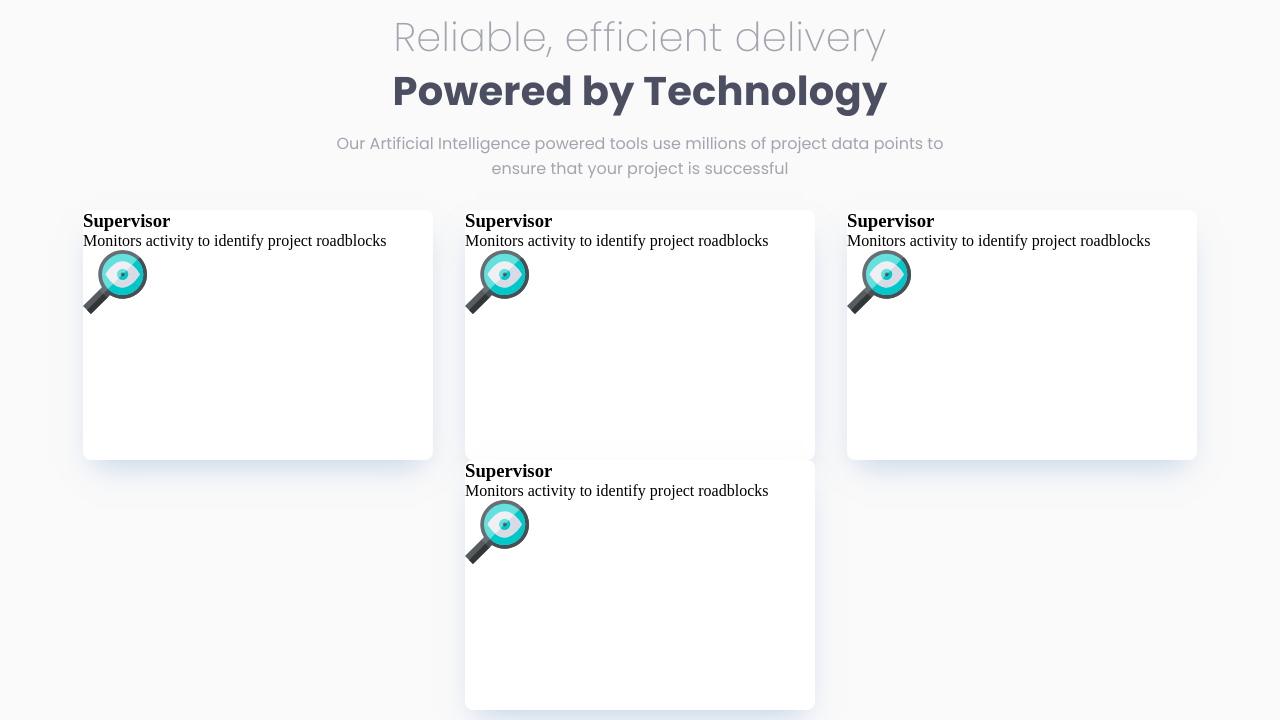
Repository: brandontaylor1/four-card-feature
Page: index.html
An editor plug-in stored every save of this project. The page is shown before and after the next save, followed by the edit.
The browser window is 1280 px wide. The pictures show the whole page.

Above is the page before, as saved 2025-01-09 22:58:48.

### index.html
<!DOCTYPE html>
<html lang="en">
<head>
    <meta charset="UTF-8">
    <meta name="viewport" content="width=device-width, initial-scale=1.0">
    <link rel="preconnect" href="https://fonts.googleapis.com">
    <link rel="preconnect" href="https://fonts.gstatic.com" crossorigin>
    <link href="https://fonts.googleapis.com/css2?family=Poppins:ital,wght@0,100;0,200;0,300;0,400;0,500;0,600;0,700;0,800;0,900;1,100;1,200;1,300;1,400;1,500;1,600;1,700;1,800;1,900&display=swap" rel="stylesheet">
    <link rel="stylesheet" href="styles.css">
    <title>Four Card Feature</title>
</head>
<body>
    <main class="container">
        <section class="page-content">
            <h1>Reliable, efficient delivery</h1>
            <h2>Powered by Technology</h2>
            <p>Our Artificial Intelligence powered tools use millions of project data points to ensure that your project is successful</p>
        </section>
        <section class="column-container">
            <div class="card-column">
                <div class="card">
                    <h3>Supervisor</h3>
                    <p>Monitors activity to identify project roadblocks</p>
                    <img src="./assets/images/icon-supervisor.svg" alt="Supervisor Icon">
                </div>
            </div>

            <div class="card-column">
                <div class="card">
                    <h3>Supervisor</h3>
                    <p>Monitors activity to identify project roadblocks</p>
                    <img src="./assets/images/icon-supervisor.svg" alt="Supervisor Icon">
                </div>
                <div class="card">
                    <h3>Supervisor</h3>
                    <p>Monitors activity to identify project roadblocks</p>
                    <img src="./assets/images/icon-supervisor.svg" alt="Supervisor Icon">
                </div>
            </div>

            <div class="card-column">
                <div class="card">
                    <h3>Supervisor</h3>
                    <p>Monitors activity to identify project roadblocks</p>
                    <img src="./assets/images/icon-supervisor.svg" alt="Supervisor Icon">
                </div>
            </div>
        </section>
    </main>

</body>
</html>

### styles.css
* {
    margin: 0;
    padding: 0;
    box-sizing: border-box;
}

:root {
    --primary-red: hsl(0, 78%, 62%);
    --primary-cyan: hsl(180, 62%, 55%);
    --primary-orange: hsl(34, 97%, 64%);
    --primary-blue: hsl(212, 86%, 64%);

    --secondary-dark-blue: hsl(234, 12%, 34%);
    --secondary-grayish-blue: hsl(229, 6%, 66%);
    --secondary-light-gray: hsl(0, 0%, 98%);
}

.container {
    height: 100vh;
    display: flex;
    align-items: center;
    justify-content: center;
    flex-direction: column;
    background-color: #FAFAFA;
}

.page-content {
    display: flex;
    flex-direction: column;
    align-items: center;
    justify-content: space-between;
    height: 150px;
    width: 650px;
    margin-bottom: 50px;
}

.page-content h1 {
    font-size: 2.5rem;
    font-family: "Poppins", sans-serif;
    font-weight: 200;
    line-height: 54px;
    letter-spacing: .25px;
    color: var(--secondary-grayish-blue);
}

.page-content h2 {
    font-size: 2.5rem;
    font-family: "Poppins", sans-serif;
    font-weight: 700;
    line-height: 54px;
    letter-spacing: .25px;
    color: var(--secondary-dark-blue);
    margin-bottom: 13px;
}

.page-content p {
    font-size: 1rem;
    font-family: "Poppins", sans-serif;
    font-weight: 400;
    line-height: 25px;
    text-align: center;
    color: var(--secondary-grayish-blue);

}

.column-container {
    display: grid;
    justify-content: center;
    gap: 2rem;
    grid-template-columns: repeat(3, 1fr);
    grid-template-rows: 1fr;
}

.card {
    width: 350px;
    height: 250px;
    border-radius: 0.5rem;
    background: #FFF;
    box-shadow: 0px 15px 30px -11px rgba(131, 166, 210, 0.50);
}

After the next save:
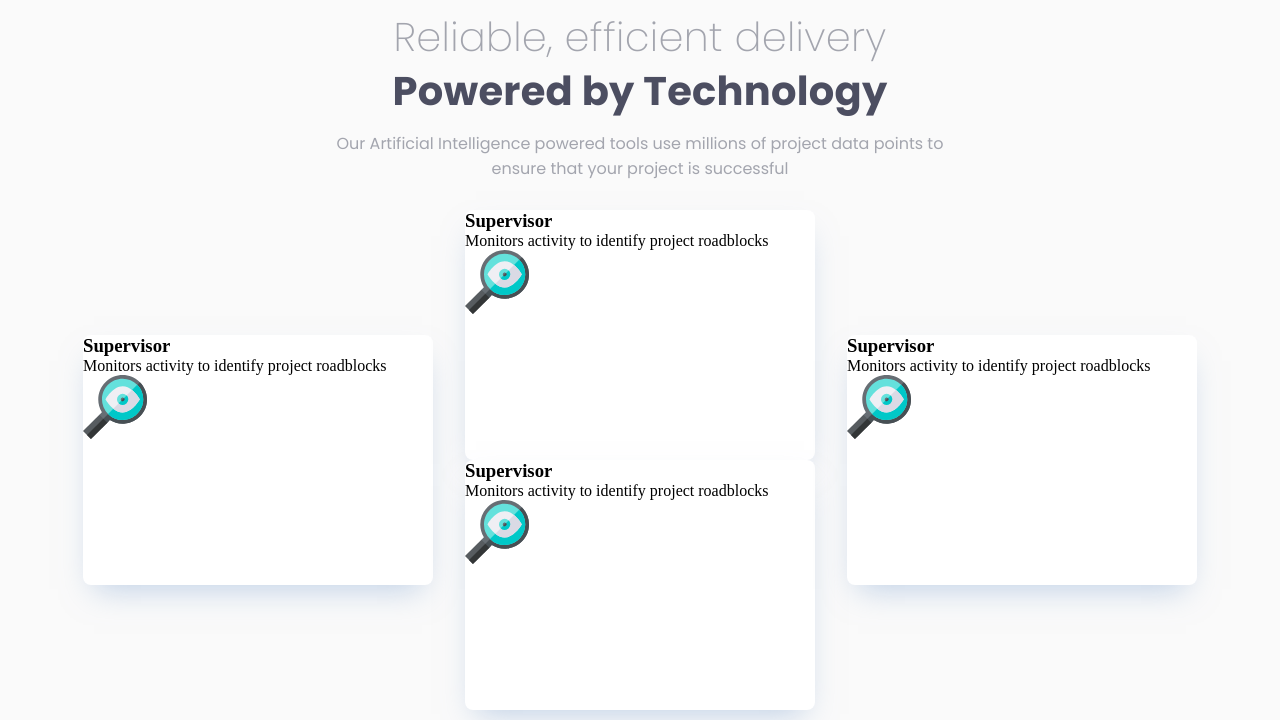
Saved 23 s later.
--- a/styles.css
+++ b/styles.css
@@ -66,9 +66,10 @@
 .column-container {
     display: grid;
     justify-content: center;
-    gap: 2rem;
+    align-items: center;
     grid-template-columns: repeat(3, 1fr);
     grid-template-rows: 1fr;
+    gap: 2rem;
 }
 
 .card {
